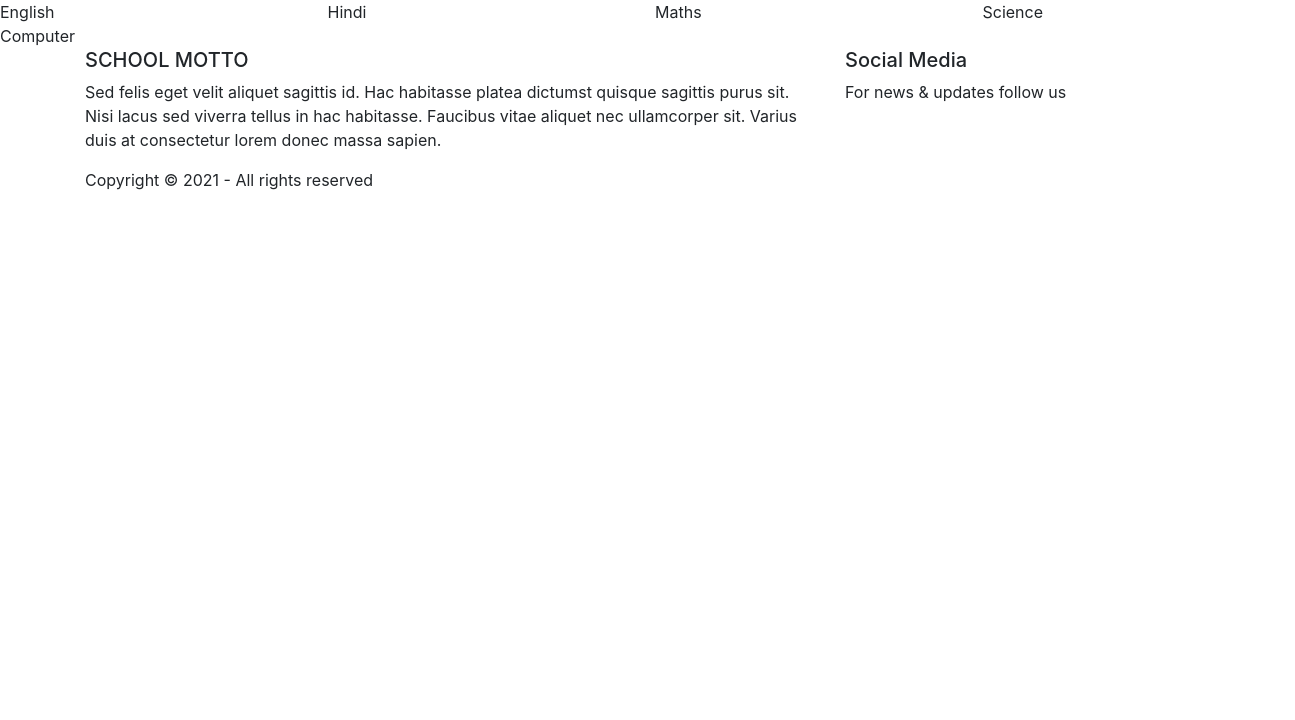
Repository: SaxenaAbhay/DBMS2023
Page: http://localhost/subjects
These files come from the project's save history. The page is drawn as it stood at one moment and after the next save; the edit follows.
The browser window is 1280 px wide. The page is 1295 px wide, so the pictures cover 1295 px, including what lies to the right of the window. The pictures show the whole page.
The page is this project's Thymeleaf template; nobody is signed in. The template is opened directly, without the code that normally fills it, so the values that code supplies are empty.

Above is the page before, as saved 2023-10-25 10:43:17.

After the next save:
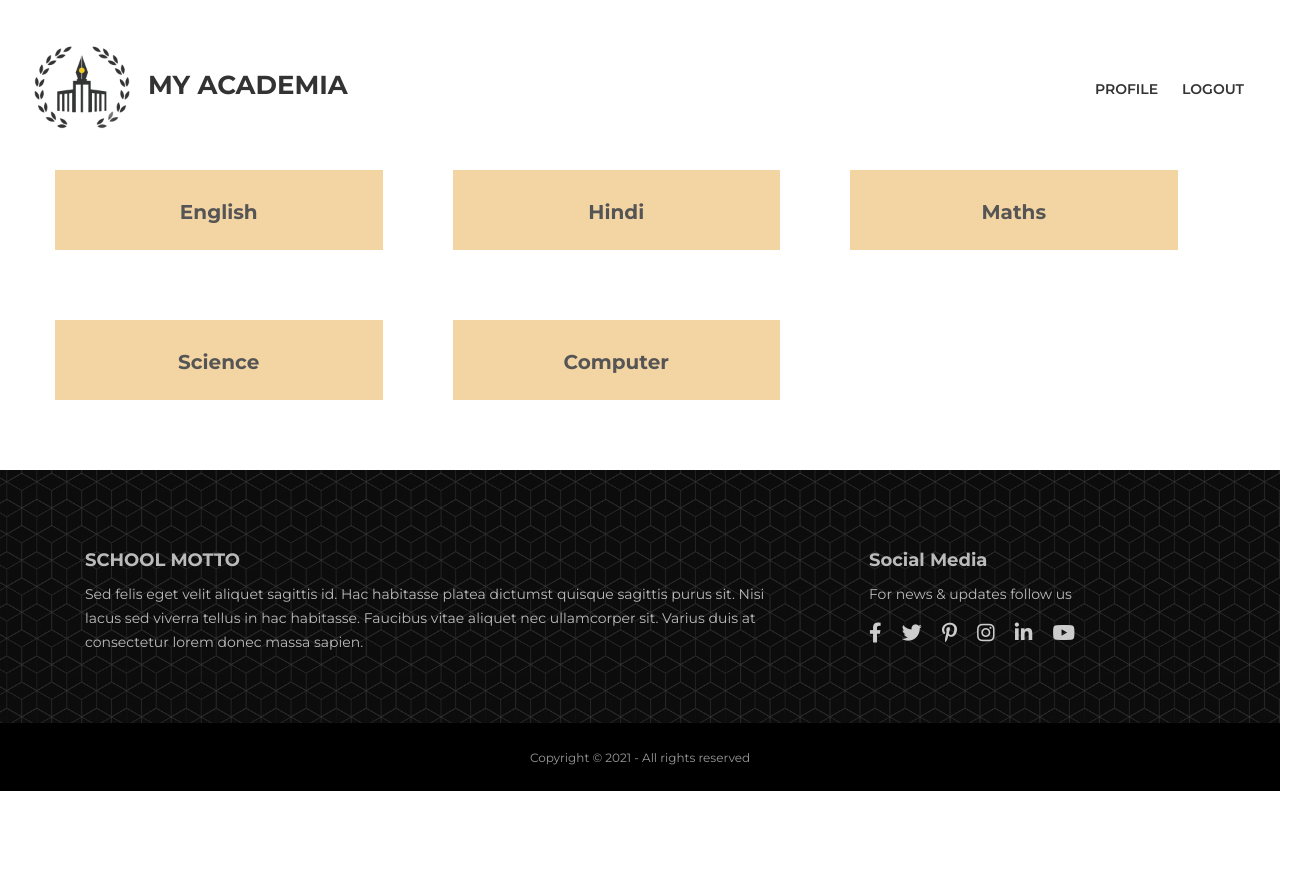
Saved 5 s later.
--- a/school-managment-system/src/main/resources/templates/subjects.html
+++ b/school-managment-system/src/main/resources/templates/subjects.html
@@ -1,13 +1,73 @@
 <!DOCTYPE html>
-<html>
-<head>
-<meta charset="ISO-8859-1">
-<title>School Management System</title>
-<link rel="stylesheet" href="https://cdn.jsdelivr.net/npm/bootstrap@4.6.2/dist/css/bootstrap.min.css" integrity="sha384-xOolHFLEh07PJGoPkLv1IbcEPTNtaed2xpHsD9ESMhqIYd0nLMwNLD69Npy4HI+N" crossorigin="anonymous">
+<html lang="en">
+    <head>
+        <meta charset="utf-8">
+        <meta name="viewport" content="width=device-width, initial-scale=1, shrink-to-fit=no">
 
-</head>
+        <!-- SEO Meta Tags -->
+        <meta name="description" content="My Academia">
+        <meta name="keywords" content="school website, responsive">
+        <meta name="author" content="Yashwini Bansal">
 
-<body>
+        <!-- Website Title -->
+        <title>My Academia</title>
+
+        <link href="https://fonts.googleapis.com/css?family=Montserrat:400,400i,600,700,700i&display=swap" rel="stylesheet">
+
+        <link href="css/bootstrap.css" rel="stylesheet">
+        <link href="css/fontawesome-all.css" rel="stylesheet">
+        <link href="css/swiper.css" rel="stylesheet">
+        <link href="css/styles.css" rel="stylesheet">
+
+        <link rel="icon" href="images/logo2.jpg">
+
+        <!-- Scripts -->
+        <script src="js/jquery.min.js" defer></script>
+        <script src="js/popper.min.js" defer></script>
+        <script src="js/bootstrap.min.js" defer></script>
+        <script src="js/jquery.easing.min.js" defer></script>
+        <script src="js/swiper.min.js" defer></script>
+        <script src="js/validator.min.js" defer></script>
+        <script src="js/scripts.js" defer></script>
+    </head>
+    <body  data-spy="scroll"  data-target=".fixed-top">
+
+        <!-- Preloader -->
+        <div class="spinner-wrapper">
+            <div class="spinner">
+                <div class="bounce1"></div>
+                <div class="bounce2"></div>
+                <div class="bounce3"></div>
+            </div>
+        </div>
+        <!-- end of preloader -->
+
+
+        <!-- Navigation -->
+        <nav class="navbar navbar-expand-lg navbar-dark navbar-custom fixed-top">
+
+            <!-- Logo -->
+            <a class="navbar-brand logo-image" href="./index.html"><img src="./images/logo.jpg"></a><h3>MY ACADEMIA</h3>
+
+            <!-- Mobile Menu Toggle Button -->
+            <button class="navbar-toggler" type="button" data-toggle="collapse" data-target="#navbarsExampleDefault" aria-controls="navbarsExampleDefault" aria-expanded="false" aria-label="Toggle navigation">
+                <span class="navbar-toggler-awesome fas fa-bars"></span>
+                <span class="navbar-toggler-awesome fas fa-times"></span>
+            </button>
+            <!-- end of mobile menu toggle button -->
+
+            <div class="collapse navbar-collapse" id="navbarsExampleDefault">
+                <ul class="navbar-nav ml-auto">
+                    <li class="nav-item">
+                        <a class="nav-link page-scroll" href="./students.html">PROFILE</a>
+                    </li>
+                    <li class="nav-item">
+                        <a class="nav-link page-scroll" href="#">LOGOUT</a>
+                    </li>
+                </ul>
+            </div>
+        </nav>
+
         <div class="row subjs">
             <div class="col-md-3 subj-card">English</div>
             <div class="col-md-3 subj-card">Hindi</div>
